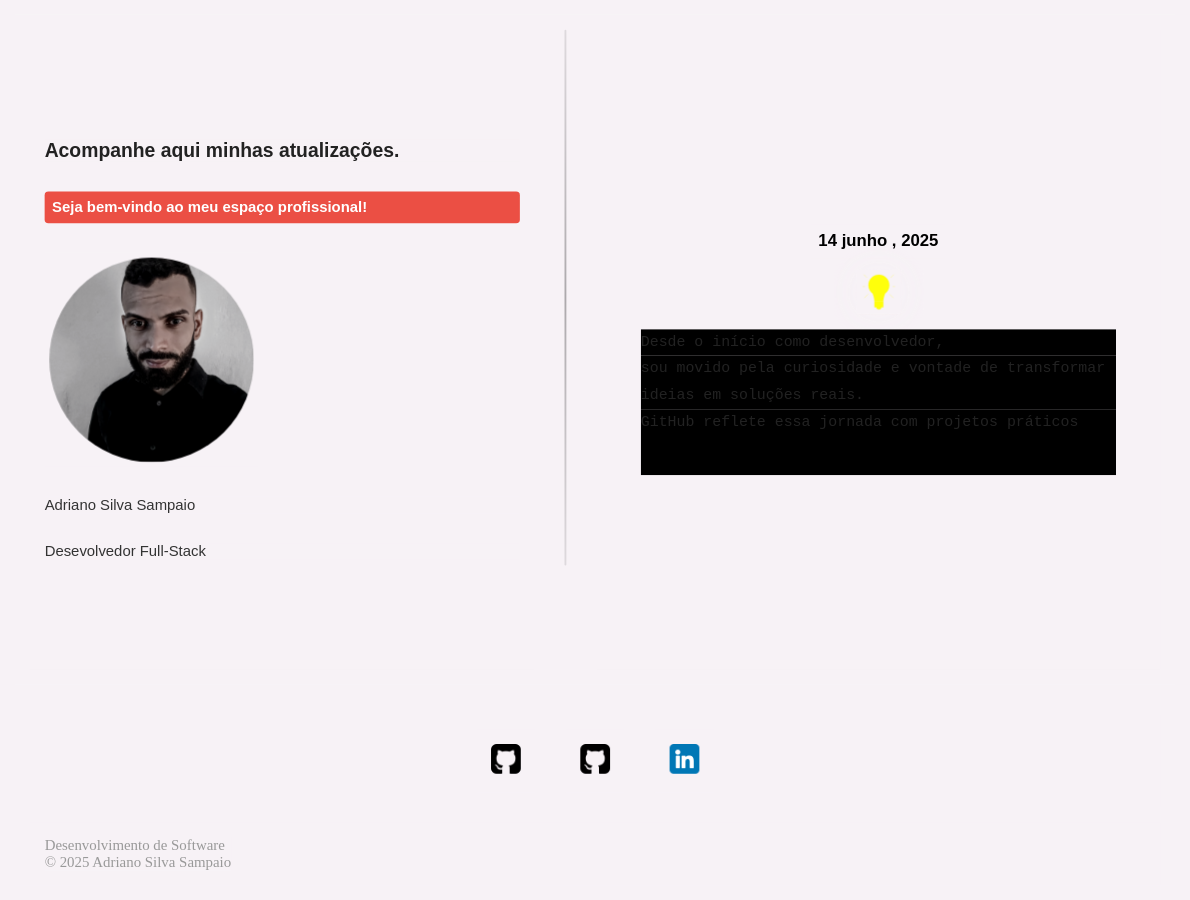
Repository: umdevadriano/portifolio2025
Page: /
An editor plug-in stored every save of this project. The page is shown before and after the next save, followed by the edit.
The browser window is 1280 px wide. The pictures show the whole page, at 93% of full size.
The project was rebuilt for these pictures with package versions that can differ from the ones it lists, and the page was loaded fresh each time. Also part of the build but not shown: vite.config.ts.

Above is the page before, as saved 2025-06-29 20:52:23.

### index.html
<!doctype html>
<html lang="en">
  <head>
    <meta charset="UTF-8" />
    <!-- <link rel="icon" type="image/svg+xml" href="/vite.svg" /> -->
    <meta name="viewport" content="width=device-width, initial-scale=1.0" />
    <title>Adriano Silva Sampaio </title>
  </head>
  <body>
    <div id="root"></div>
    <script type="module" src="/src/main.tsx"></script>
  </body>
</html>

### src/App.tsx
import './App.css'
import ContainerPrincipal from './componentes/containerPrincipal/ContainerPrincipal'
function App() {
  return (
    <>
      <ContainerPrincipal/>
    </>
  )
}

export default App

### src/componentes/containerPrincipal/ContainerPrincipal.tsx
import styled, { createGlobalStyle } from 'styled-components';
import Body from '../Body/Body';
import Footer from '../Footer/Footer';
import RedesSociais from '../redesSociais/redesSociais';
import github from '../redesSociais/github.png';
import linkedin from '../redesSociais/linkedin.png';
// import ProfessionalStory from '../ProfessionalStory/ProfessionalStory';

const data = new Date();
const ano = data.getFullYear();
function ContainerPrincipal() {

  const redes = [
    { src: github, link: 'https://github.com/adrianodisam' },
    { src: github, link: 'https://github.com/umdevadriano' },
    { src: linkedin, link: 'https://www.linkedin.com/in/adriano-silva-sampaio/' }
  ];
  const GlobalStyle = createGlobalStyle`
    *, *::before, *::after {
    box-sizing: border-box;
    background-color: #f7f2f6;
    margin: 1rem;
  }

    html, body {
      margin: 0;
      padding: 0;
      overflow-x: hidden;
      width: 100%;
    }
  `;

  const Principal = styled.div`
    display: flex;
    justify-content: center;
    width: 100%;
    height: 100vh;
    font-family: 'Arial', sans-serif;
    overflow: hidden;
    margin: 0;
    padding: 0;

    @media (max-width: 768px) {
      display: flex;
      flex-direction: column;
      justify-items: center;
      justify-content: center;
      align-items: center;
    }


  `;
  return (
    <>
      <GlobalStyle />
      <Principal>
        <Body/>
      </Principal>
      <RedesSociais redes={redes}/>
      {/* <ProfessionalStory/> */}
      <Footer>Desenvolvimento de Software<br />© {ano} Adriano Silva Sampaio</Footer>
    </>
  )
}
export default ContainerPrincipal

### src/componentes/Body/Body.tsx
import Principal from '../Principal/Principal';
import Title from '../Title/Title';
import Banner from '../Banner/Banner';
import ProfileWrapper from '../ProfileWrapper/ProfileWrapper';
import Profile from '../Profile/Profile';
import Role from '../Role/Role';
import Divider from '../Divider/Divider';
import RightSide from '../RightSide/RightSide';
import DateComponente from '../DateComponente/DateComponente';
import EmDesenvolvimento from '../EmDesenvolvimentoWrapper/EmDesenvolvimentoWrapper ';
import LampadaAnimada from '../LampadaAnimada/LampadaAnimada';
const data = new Date();
const dia = String(data.getDate()).padStart(2, '0');
const mes = data.toLocaleString('pt-BR', { month: 'long' });
const ano = data.getFullYear();

function Cabecalho() {
  return (
    <>
      <Principal>
        <Title>Acompanhe aqui minhas atualizações.</Title>
        <Banner>Seja bem-vindo ao meu espaço profissional!</Banner>
        <ProfileWrapper>
          <Profile/>
        </ProfileWrapper>
        <Role> Adriano Silva Sampaio</Role>
        <Role> Desevolvedor  Full-Stack </Role>
      </Principal>
      <Divider />
      <RightSide>
        <DateComponente>{dia}  {mes} , {ano} </DateComponente>
        <LampadaAnimada/>
        <EmDesenvolvimento/>
      </RightSide>
    </>
  )
}
export default Cabecalho

### src/componentes/Footer/Footer.tsx
import styled from 'styled-components';

type Props = {
  children: React.ReactNode;
};

function Footer({ children }: Props){

    const FooterP = styled.p`
        font-size: 1rem;
        color: #999;
        /* margin-top: auto; */
    `;
    const FooterDiv = styled.div`
       display: flex;
       justify-content: left;
       align-items: center;
    `;
    return (
        <>
            <FooterDiv>
                <FooterP>{children}</FooterP>
            </FooterDiv>
        </>
    )
}

export default Footer

### src/componentes/redesSociais/redesSociais.tsx
import styled from 'styled-components';

type RedeSocial = {
  src: string;
  link: string;
};

type Props = {
  redes: RedeSocial[];
};

const RedesSociaisDiv = styled.div`
  /* flex: 1; */
  display: flex;
  justify-content: center;
  align-items: center;
  margin-top:  2rem;

  img {
    width: 2rem;
    height: 2rem;
    object-fit: contain;
    transition: transform 0.2s;
  }

  a:hover img {
    transform: scale(1.1);
  }
`;

function RedesSociais({ redes }: Props) {
  return (
    <RedesSociaisDiv>
      {redes.map((rede, index) => (
        <a
          key={index}
          href={rede.link}
          target="_blank"
          rel="noopener noreferrer"
        >
          <img src={rede.src} alt={`Ícone ${index + 1}`} />
        </a>
      ))}
    </RedesSociaisDiv>
  );
}

export default RedesSociais;

### src/componentes/Principal/Principal.tsx
import styled from 'styled-components';

type Props = {
  children: React.ReactNode;
};

function Principal({ children }: Props){

    const Principal_div = styled.div`
        flex: 1;
        display: flex;
        flex-direction: column;
        justify-content: center;
    `;
    return (
        <>
        <Principal_div>  {children}</Principal_div>
        </>
    )
}

export default Principal

### src/componentes/Title/Title.tsx
import styled from 'styled-components';

type Props = {
  children: React.ReactNode;
};

function Title({ children }: Props){

    const TitleH2 = styled.h2`
        font-size: 1.3rem;
        margin-bottom: 1rem;
        color: #222;

        @media (max-width: 768px) {
          margin-top: 5rem;
        }
  `;
    return (
        <>
        <TitleH2>{children}</TitleH2>
        </>
    )
}

export default Title

### src/componentes/Banner/Banner.tsx
import styled from 'styled-components';

type Props = {
  children: React.ReactNode;
};

function Banner({ children }: Props){

    const BannerDiv = styled.div`
        background-color: #eb4f44;
        color: white;
        padding: 0.5rem;
        font-weight: bold;
        font-size: 16px;
        display: inline-block;
        border-radius: 4px;
    `;
    return (
        <>
        <BannerDiv>{children}</BannerDiv>
        </>
    )
}

export default Banner

### src/componentes/ProfileWrapper/ProfileWrapper.tsx
import styled from 'styled-components';

type Props = {
  children: React.ReactNode;
};

function ProfileWrapper({ children }: Props){

  // Wrapper da imagem com efeito de borda girando
  const ProfileWrapperDiv = styled.div`
    position: relative;
    width: 230px;
    height: 230px;
    display: flex;
    align-items: center;
    margin-top:1rem;
    justify-content: center;
  `;

    return (
        <>
        <ProfileWrapperDiv>{children}</ProfileWrapperDiv>
        </>
    )
}

export default ProfileWrapper

### src/componentes/Profile/Profile.tsx
import styled from 'styled-components';
import foto from '../assets/foto2.png'

function Profile(){

    const ProfileImg = styled.img`
        width: 220px;
        height: 220px;
        border-radius: 50%;
        object-fit: cover;
        background-color: white;
        z-index: 1;
        filter: grayscale(60%) contrast(110%);
        @media (max-width: 768px) {
            width: 200px;
            height: 200px;
        }
        @media (max-width: 480px) {
            width: 200px;
            height: 200px;
        }
    `;
    return (
        <>
        <ProfileImg src={foto} alt="Foto de perfil"></ProfileImg>
        </>
    )
}

export default Profile

### src/componentes/Role/Role.tsx
import styled from 'styled-components';

type Props = {
  children: React.ReactNode;
};

function Role({ children }: Props){
    const RoleP = styled.p`
        font-size: 16px;
        font-weight: 500;
        color: #333;
    `;
    return (
        <>
        <RoleP>{children}</RoleP>
        </>
    )
}
export default Role

### src/componentes/Divider/Divider.tsx
import styled from 'styled-components';

function Divider(){

    const DividerDiv = styled.div`
        width: 2px;
        height: 80%;
        background: linear-gradient(
            to bottom,
            rgba(0, 0, 0, 0.1),
            rgba(0, 0, 0, 0.3),
            rgba(0, 0, 0, 0.1)
        );
        border-radius: 1px;
        position: relative;
        overflow: hidden;
        &::after {
            content: "";
            position: absolute;
            top: 0;
            left: 0;
            width: 100%;
            height: 100%;
            background: linear-gradient(
                to bottom,
                transparent 40%,
                rgba(255, 255, 255, 0.7) 50%,
                transparent 60%
            );
                animation: shine 3.8s linear infinite;
                pointer-events: none;
         }

        @keyframes shine {
            0% {
            transform: translateY(-100%);
            }
            100% {
            transform: translateY(100%);
            }
        }
    `;
    return (
        <>
        <DividerDiv></DividerDiv>
        </>
    )
}

export default Divider

### src/componentes/RightSide/RightSide.tsx
import styled from 'styled-components';
type Props = {
  children: React.ReactNode;
};

function RightSide({ children }: Props){
    const RightSideDiv = styled.div`
        flex: 1;
        padding: 2rem;
        display: flex;
        flex-direction: column;
        justify-content: center;
        align-items: center;
    `;

    return (
        <>
        <RightSideDiv>{children}</RightSideDiv>
        </>
    )
}

export default RightSide

### src/componentes/DateComponente/DateComponente.tsx
import styled from 'styled-components';
type Props = {
  children: React.ReactNode;
};
function Date({ children }: Props){
    const DateP = styled.p`
        font-size: 18px;
        font-weight: bold;
        margin-bottom: 12px;
        padding: 0.5rem;
    `;
    return (
        <>
        <DateP>{children}</DateP>
        </>
    )
}
export default Date

### src/componentes/EmDesenvolvimentoWrapper/EmDesenvolvimentoWrapper .tsx
import  { useEffect, useState } from 'react';
import styled from 'styled-components';

const texto = `Desde o início como desenvolvedor,
 sou movido pela curiosidade e vontade de transformar ideias em soluções reais.
Meu GitHub reflete essa jornada com projetos práticos e focados em evolução contínua.
`;

const linhas = texto.split('\n').map(l => l.trim());

const Container = styled.div`
  /* background: #f4f4f4; */
  /* padding: 24px; */
    /* max-width: 90%;
    height: 100%; */
    position: relative;
    display: flex;
    flex-direction: column;
  /* margin: 40px auto; */
  border-radius: 12px;
  font-family: 'Courier New', Courier, monospace;
  font-size: 1rem;
  color: #222;
  line-height: 1.8;
`;

const Linha = styled.p`
  margin: 0;
  /* padding: 1rem; */
  background-color: black;
  /* margin-bottom: 2rem; */
`;

const Cursor = styled.span`
  display: inline-block;
  width: 1ch;
  border-right: 2px solid #333;
  animation: blink 0.8s steps(1) infinite;

  @keyframes blink {
    50% {
      border-color: transparent;
    }
  }
`;

export default function EmDesenvolvimento() {
  const [linhasDigitadas, setLinhasDigitadas] = useState<string[]>([]);
  const [linhaAtual, setLinhaAtual] = useState(0);
  const [palavrasDigitadas, setPalavrasDigitadas] = useState<string[]>([]);

  useEffect(() => {
    if (linhaAtual >= linhas.length) return;

    const palavras = linhas[linhaAtual].split(' ');
    let index = 0;

    const intervalo = setInterval(() => {
      setPalavrasDigitadas((prev) => [...prev, palavras[index]]);
      index++;

      if (index >= palavras.length) {
        clearInterval(intervalo);
        setTimeout(() => {
          setLinhasDigitadas((prev) => [...prev, palavras.join(' ')]);
          setPalavrasDigitadas([]);
          setLinhaAtual((prev) => prev + 1);
        }, 600); // pausa entre as linhas
      }
    }, 180); // tempo entre cada palavra

    return () => clearInterval(intervalo);
  }, [linhaAtual]);

  return (
    <Container>
      {linhasDigitadas.map((linha, i) => (
        <Linha key={i}>{linha}</Linha>
      ))}

      {linhaAtual < linhas.length && (
        <Linha>
          {palavrasDigitadas.join(' ')} <Cursor />
        </Linha>
      )}
    </Container>
  );
}

### src/componentes/LampadaAnimada/LampadaAnimada.tsx
import React from "react";
import styled, { keyframes } from "styled-components";

interface LuzProps {
  className?: string;
}

const glowAnimation = keyframes`
  0%, 100% {
    filter: url(#glow);
    opacity: 0.5;
  }
  50% {
    filter: url(#glow);
    opacity: 1;
  }
`;

const SvgLamp = styled.svg`
  width: 3rem;
  height: 3rem;
  cursor: pointer;
  display: block;
  margin: 0 auto;
  animation: ${glowAnimation} 4s ease-in-out infinite;
  background-color: #f7f2f6;

  .st0 {
   fill:#ffff00;
     stroke-width: 10;
  }
  .st1 {
     stroke: #ffff00;
    stroke-width: 10;
    fill: none;
    transition: stroke 0.3s ease;
  }
`;

const LampadaAnimada: React.FC<LuzProps> = ({ className }) => {
  return (
    <SvgLamp
      xmlns="http://www.w3.org/2000/svg"
      viewBox="0 0 1920 1920"
      className={className}
    >
      <defs>
        <filter id="glow" height="200%" width="200%" x="-50%" y="-50%">
          <feDropShadow
            dx="0"
            dy="0"
            stdDeviation="20"
            floodColor="#f7f2f6"
            floodOpacity="0.7"
          />
        </filter>
      </defs>

      <path
        className="st0"
        d="M1407.3 664.2c0 73.7-17.8 143.3-49.4 204.6-31.6 61.3-76.9 114.4-131.9 155.1 0 0-78 193.7-78 344.1H772.1c0-75.2-19.5-161.2-39-228.4-19.5-67.2-39-115.6-39-115.6-110-81.5-181.4-212.3-181.4-359.7C512.7 417.3 713 217 960 217s447.3 200.2 447.3 447.2z"
      />
      <path
        className="st0"
        d="M1057.3 1615.8v23.7c0 35-28.6 63.6-63.6 63.6h-67.5c-35 0-63.6-28.6-63.6-63.6v-23.7h194.7zm-285.2-82.6v82.6h375.4v-82.6H772.1zm0-82.6v82.6h375.3v-82.6H772.1zM960 1368H772.1v82.6h375.3V1368H960z"
      />
      <g>
        <g>
          <path
            className="st1"
            d="M1147.5 1368h.4c0-150.3 78-344.1 78-344.1 55-40.7 100.4-93.8 131.9-155.1 31.6-61.3 49.4-130.9 49.4-204.6 0-247-200.3-447.3-447.3-447.3S512.7 417.2 512.7 664.2c0 147.4 71.3 278.2 181.4 359.7 0 0 19.5 48.4 39 115.6 19.5 67.2 39 153.2 39 228.4h375.4z"
          />
          <path className="st1" d="M772.1 1368v247.8h375.4V1368" />
          <path className="st1" d="M772.1 1450.6h375.4" />
          <path className="st1" d="M772.1 1533.2h375.4" />
          <path
            className="st1"
            d="M862.7 1615.8v23.7c0 35 28.6 63.6 63.6 63.6h67.5c35 0 63.6-28.6 63.6-63.6v-23.7"
          />
          <path className="st1" d="M267.3 722.8h96" />
          <path className="st1" d="M498.3 1052.8l-160.5 160.5" />
          <path className="st1" d="M448.8 341.8L315.3 208.2" />
          <path className="st1" d="M1652.7 722.8h-96" />
          <path className="st1" d="M1421.7 1052.8l160.5 160.5" />
          <path className="st1" d="M1471.2 341.8l133.5-133.6" />
        </g>
      </g>
    </SvgLamp>
  );
};

export default LampadaAnimada;

Loaded but not shown: src/main.tsx (common file); src/App.css (no stored copy; drawn as an empty file); src/index.css (no stored copy; drawn as an empty file)

After the next save:
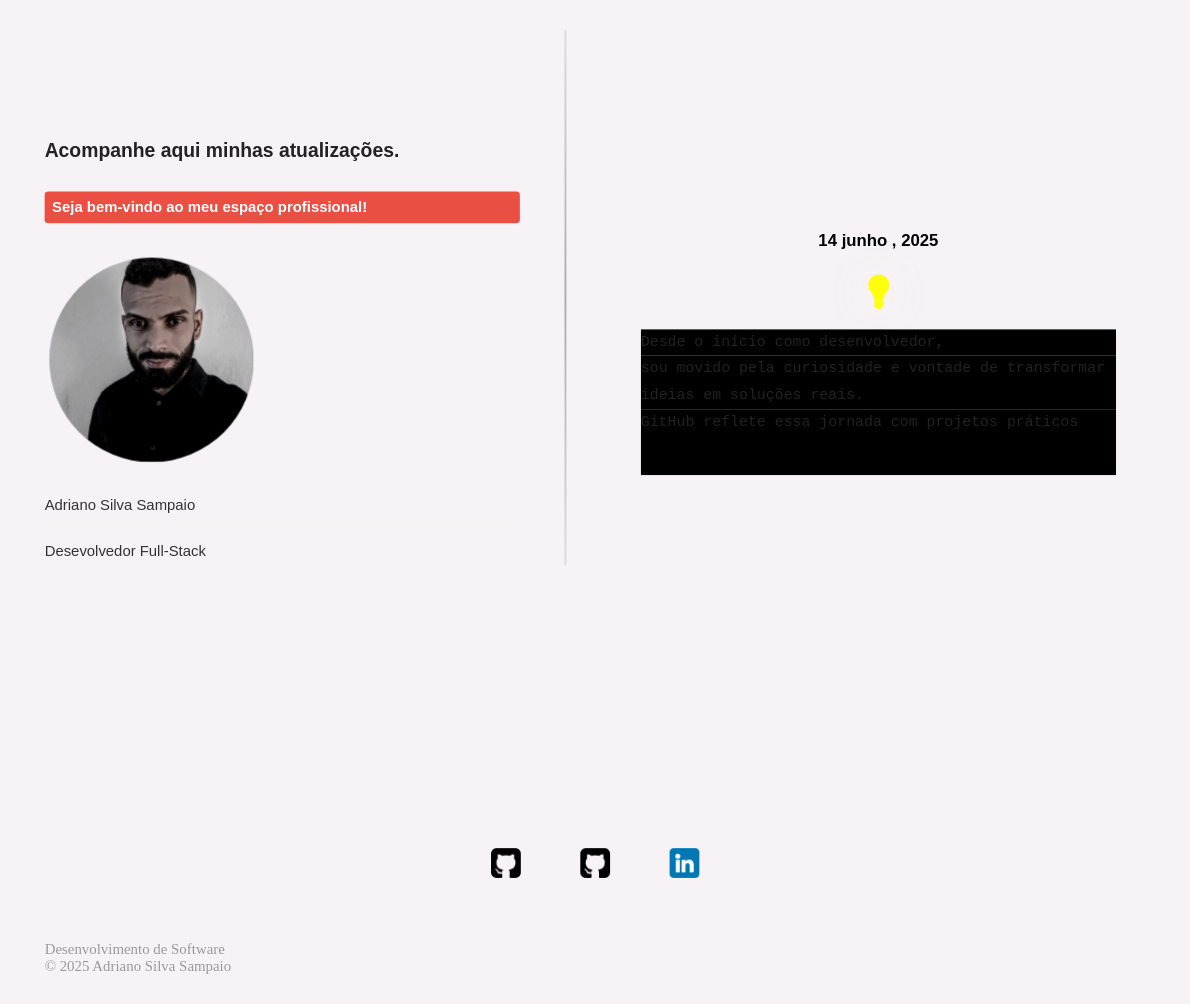
Saved 23 s later.
--- a/src/componentes/redesSociais/redesSociais.tsx
+++ b/src/componentes/redesSociais/redesSociais.tsx
@@ -14,7 +14,7 @@ const RedesSociaisDiv = styled.div`
   display: flex;
   justify-content: center;
   align-items: center;
-  margin-top:  2rem;
+  margin-top:  9rem;
 
   img {
     width: 2rem;
